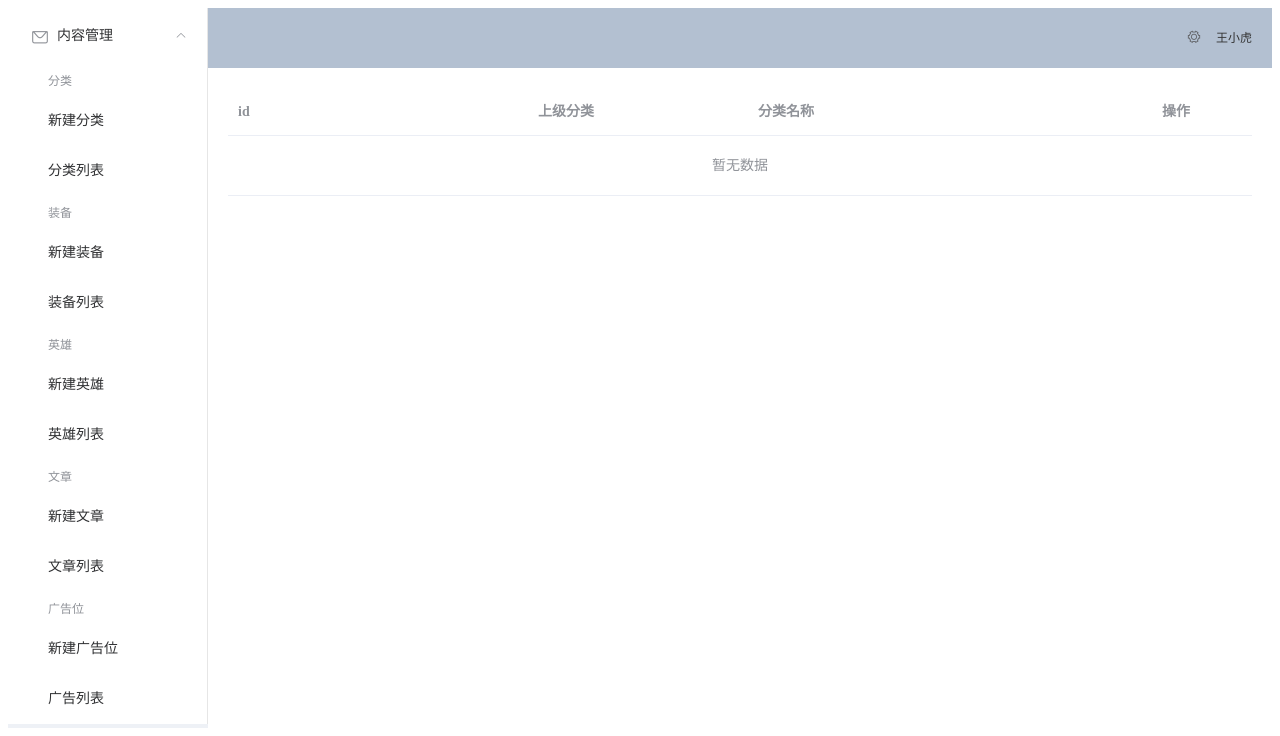
Repository: fish-zmy/wangzherongyao
Page: /#/ads/list (app in admin/)
The author's editor kept a copy of each file at every save. The page is drawn from the files as they stood at one save, then again after the next save.
The browser window is 1280 px wide. The pictures show the whole page.
The page's requests for data from a server got no answer. The project was rebuilt for these pictures with package versions that can differ from the ones it lists, and the page was loaded fresh each time. No one was signed in, and anything a server would have sent is missing. Also part of the build but not shown: admin/vue.config.js, admin/src/views/CategoryEdit.vue, admin/src/views/CategoryList.vue, admin/src/views/ItemEdit.vue, admin/src/views/ItemList.vue, admin/src/views/HeroEdit.vue, admin/src/views/HeroList.vue, admin/src/views/ArticleEdit.vue and 3 more.

Above is the page before, as saved 2020-06-18 20:44:58.

### admin/src/main.js
import Vue from 'vue'
import App from './App.vue'
import router from './router'
import './plugins/element.js'

import './assets/style.css'

Vue.config.productionTip = false

import http from './http'
Vue.prototype.$http = http

new Vue({
  router,
  render: h => h(App)
}).$mount('#app')

### admin/src/App.vue
<template>
  <div id="app">

    <router-view/>
  </div>
</template>

<style scoped>
html,body{
  margin:0;
  padding:0;
}
</style>

### admin/src/router/index.js
import Vue from 'vue'
import VueRouter from 'vue-router'
import Main from '../views/Main.vue'
import CategoryEdit from '../views/CategoryEdit.vue'
import CategoryList from '../views/CategoryList.vue'
import ItemEdit from '../views/ItemEdit.vue'
import ItemList from '../views/ItemList.vue'
import HeroEdit from '../views/HeroEdit.vue'
import HeroList from '../views/HeroList.vue'
import ArticleEdit from '../views/ArticleEdit.vue'
import ArticleList from '../views/ArticleList.vue'
import AdEdit from '../views/AdEdit.vue'
import AdList from '../views/AdList.vue'

Vue.use(VueRouter)
// 解决ElementUI导航栏中的vue-router在3.0版本以上重复点菜单报错问题
const originalPush = VueRouter.prototype.push
VueRouter.prototype.push = function push(location) {
  return originalPush.call(this, location).catch(err => err)
}

const routes = [
  {
    path: '/',
    name: 'main',
    component: Main,
    children: [
      {
        path: '/categories/create',
        component: CategoryEdit
      }, {
        path: '/categories/list',
        component: CategoryList
      }, {
        path: '/categories/edit/:id',
        component: CategoryEdit, props: true
      },
      {
        path: '/items/create',
        component: ItemEdit
      }, {
        path: '/items/list',
        component: ItemList
      }, {
        path: '/items/edit/:id',
        component: ItemEdit, props: true
      },
      {
        path: '/heroes/create',
        component: HeroEdit
      }, {
        path: '/heroes/list',
        component: HeroList
      }, {
        path: '/heroes/edit/:id',
        component: HeroEdit, props: true
      },
      {
        path: '/articles/create',
        component: ArticleEdit
      }, {
        path: '/articles/list',
        component: ArticleList
      }, {
        path: '/articles/edit/:id',
        component: ArticleEdit, props: true
      },
      {
        path: '/ads/create',
        component: AdEdit
      }, {
        path: '/ads/list',
        component: AdList
      }, {
        path: '/ads/edit/:id',
        component: AdEdit, props: true
      }

    ]
  },

]


const router = new VueRouter({
  routes
})

export default router

### admin/src/http.js
import axios from 'axios'

const http =axios.create({
    baseURL:'http://localhost:3000/admin/api'
})

export default  http

### admin/src/views/Main.vue
<template>
  <el-container style="height: 100vh">
    <el-aside width="200px" style="background-color: rgb(238, 241, 246)">
      <el-menu router :default-openeds="['1']">
        <el-submenu index="1">
          <template slot="title">
            <i class="el-icon-message"></i>内容管理
          </template>
          <el-menu-item-group>
            <template slot="title">分类</template>
            <el-menu-item index="/categories/create">新建分类</el-menu-item>
            <el-menu-item index="/categories/list">分类列表</el-menu-item>
          </el-menu-item-group>
          <el-menu-item-group>
            <template slot="title">装备</template>
            <el-menu-item index="/items/create">新建装备</el-menu-item>
            <el-menu-item index="/items/list">装备列表</el-menu-item>
          </el-menu-item-group>
          <el-menu-item-group>
            <template slot="title">英雄</template>
            <el-menu-item index="/heroes/create">新建英雄</el-menu-item>
            <el-menu-item index="/heroes/list">英雄列表</el-menu-item>
          </el-menu-item-group>
          <el-menu-item-group>
            <template slot="title">文章</template>
            <el-menu-item index="/articles/create">新建文章</el-menu-item>
            <el-menu-item index="/articles/list">文章列表</el-menu-item>
          </el-menu-item-group>
           <el-menu-item-group>
            <template slot="title">广告位</template>
            <el-menu-item index="/ads/create">新建广告位</el-menu-item>
            <el-menu-item index="/ads/list">广告列表</el-menu-item>
          </el-menu-item-group>
        </el-submenu>
      </el-menu>
    </el-aside>

    <el-container>
      <el-header style="text-align: right; font-size: 12px">
        <el-dropdown>
          <i class="el-icon-setting" style="margin-right: 15px"></i>
          <el-dropdown-menu slot="dropdown">
            <el-dropdown-item>查看</el-dropdown-item>
            <el-dropdown-item>新增</el-dropdown-item>
            <el-dropdown-item>删除</el-dropdown-item>
          </el-dropdown-menu>
        </el-dropdown>
        <span>王小虎</span>
      </el-header>

      <el-main>
        <router-view></router-view>
      </el-main>
    </el-container>
  </el-container>
</template>


<style>
.el-header {
  background-color: #b3c0d1;
  color: #333;
  line-height: 60px;
}

.el-aside {
  color: #333;
}
</style>

<script>
export default {
  data() {
    const item = {
      date: "2016-05-02",
      name: "王小虎",
      address: "上海市普陀区金沙江路 1518 弄"
    };
    return {
      tableData: Array(20).fill(item)
    };
  }
};
</script>

### admin/src/views/AdList.vue
<template>
  <div class="about">
    <el-table :data="items">
      <el-table-column prop="_id" label="id" width="300"></el-table-column>
      <el-table-column prop="parent.name" label="上级分类" width="220"></el-table-column>
      <el-table-column prop="name" label="分类名称" ></el-table-column>
      <el-table-column fixed="right" label="操作" width="100">
        <template v-slot="scope">
          <el-button type="text" size="small"
          @click="$router.push(`/categories/edit/${scope.row._id}`)">编辑</el-button>
          <el-button type="text" size="small"
          @click="remove(scope.row)">删除</el-button>
        </template>
      </el-table-column>
    </el-table>
  </div>
</template>

<script>
export default {

  data() {
    return {
      items: []
    };
  },
  methods: {
    async fetch() {
      const res = await this.$http.get("/rest/categories");
      this.items = res.data;
    },
    async remove(row){//删除操作，弹出选框
      this.$confirm(`是否要删除分类"${row.name}"`, '提示', {
          confirmButtonText: '确定',
          cancelButtonText: '取消',
          type: 'warning'
        })
        .then( async() => {
          const res = await this.$http.delete(`/rest/categories/${row._id}`);
          this.$message({
            type: 'success',
            message: '删除成功!'
          });
          this.fetch();
        })
    }
  },
  created() {
    //页面渲染完毕时候就会自动执行
    this.fetch();
  }
};
</script>

Loaded but not shown: admin/public/index.html (common file); admin/src/plugins/element.js (common file)

After the next save:
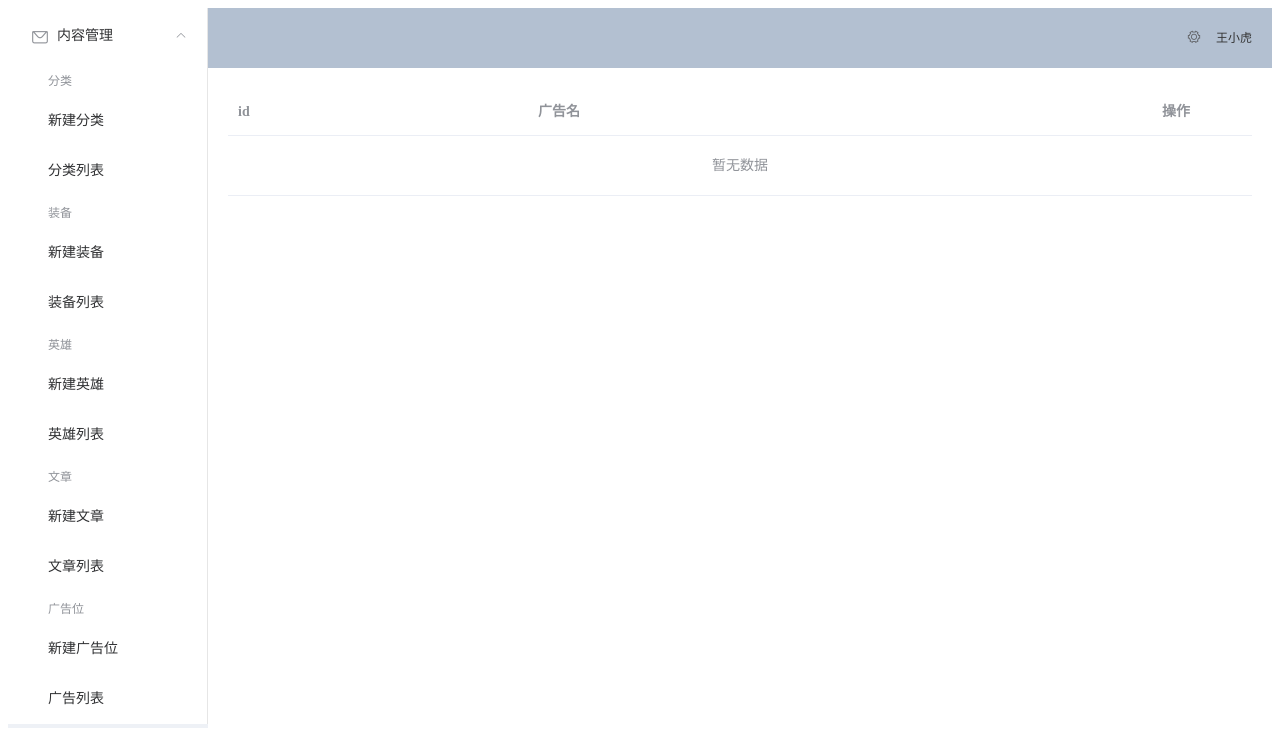
Saved 4 min 23 s later.
--- a/admin/src/views/AdList.vue
+++ b/admin/src/views/AdList.vue
@@ -2,8 +2,7 @@
   <div class="about">
     <el-table :data="items">
       <el-table-column prop="_id" label="id" width="300"></el-table-column>
-      <el-table-column prop="parent.name" label="上级分类" width="220"></el-table-column>
-      <el-table-column prop="name" label="分类名称" ></el-table-column>
+      <el-table-column prop="name" label="广告名" ></el-table-column>
       <el-table-column fixed="right" label="操作" width="100">
         <template v-slot="scope">
           <el-button type="text" size="small"
